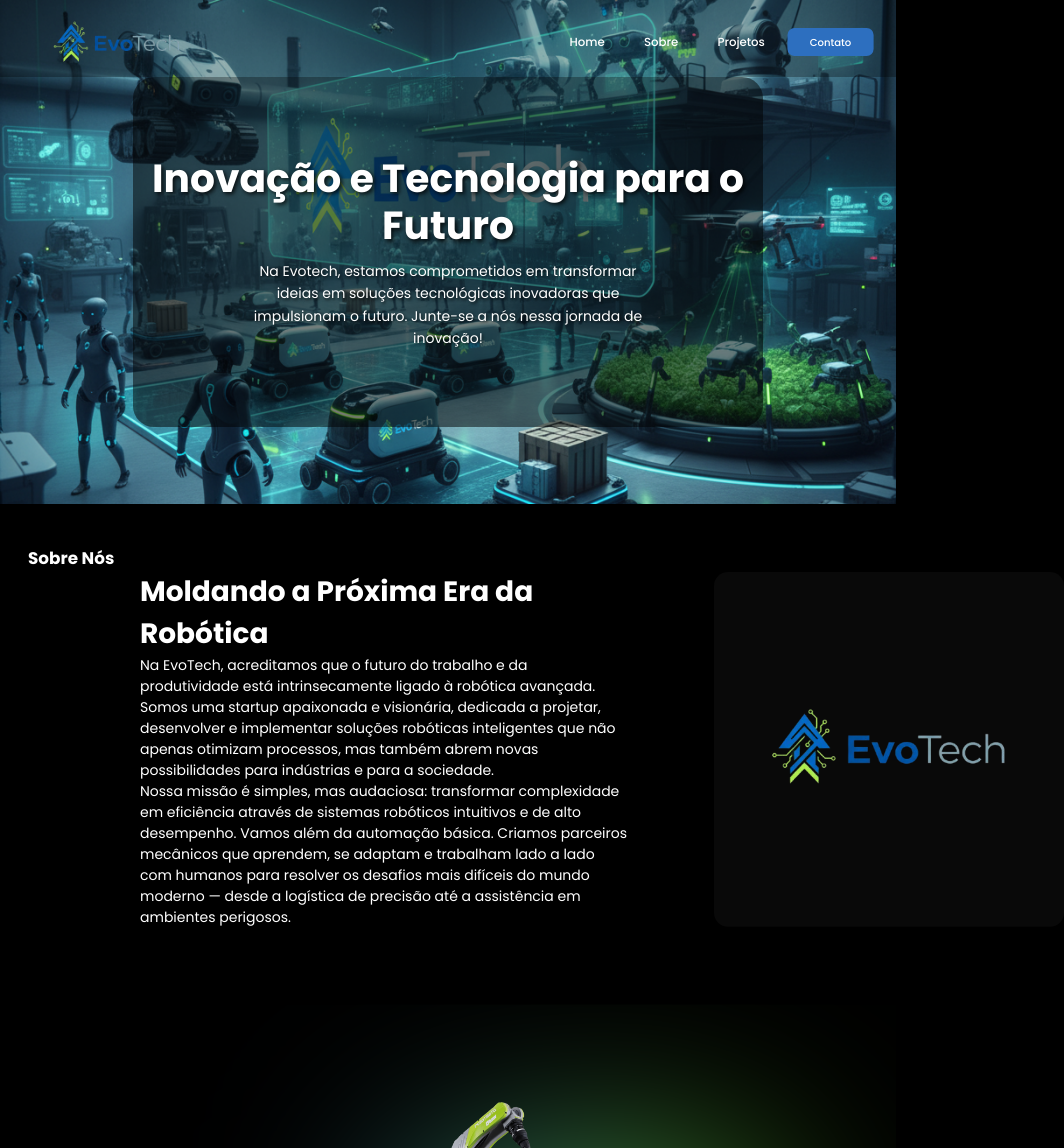
Repository: IsaacDEV10/EvoTech
Page: /
The author's editor kept a copy of each file at every save. The page is drawn from the files as they stood at one save, then again after a run of saves.
The browser window is 1280 px wide. The page is 1520 px wide, so the pictures cover 1520 px, including what lies to the right of the window. The pictures show the part of the page from y = 0 to 1640 px (the page is 2518 px tall), at 70% of full size.
The project was rebuilt for these pictures with package versions that can differ from the ones it lists, and the page was loaded fresh each time. Also part of the build but not shown: vite.config.js, src/App.css.

Above is the page before, as saved 2025-10-28 09:45:59.

### index.html
<!doctype html>
<html lang="en">
  <head>
    <meta charset="UTF-8" />
    <link rel="icon" type="image/svg+xml" href="/vite.svg" />
    <meta name="viewport" content="width=device-width, initial-scale=1.0" />
    <title>startup</title>
  </head>
  <body>
    <div id="root"></div>
    <script type="module" src="/src/main.jsx"></script>
  </body>
</html>

### src/index.css
@import url('https://fonts.googleapis.com/css2?family=Poppins:ital,wght@0,100;0,200;0,300;0,400;0,500;0,600;0,700;0,800;0,900;1,100;1,200;1,300;1,400;1,500;1,600;1,700;1,800;1,900&display=swap');

* {
  font-family: "poppins", sans-serif;
  margin: 0;
  box-sizing: border-box;
}

body {
  background: black ;

}

### src/App.jsx
import React from 'react';
import './App.css';
import Header from './components/Header/header';
import Hero from './components/Hero/hero';
import About from './components/About/about';
import Missao from './components/Missao/missao';
import Carousel from './components/Carousel/carousel';
import Footer from './components/Footer/footer';




const App = () => {
  return (
    <>
      <Header />
      <Hero />
      <About/>
      <Missao />
      <Carousel />
      <Footer />
    </>
  );
}

export default App;

### src/components/Header/header.jsx
import React from 'react'
import './header.css'
import logo from '../../assets/evotech.png'
import Contact from '../Contact/contact'


const Header = () => {
  return (
    <nav className='nav-wrapper'>
        <div className='nav-content'>
            <img className='logo' src={logo} alt="" />
            <ul>
                <li>
                    <a className='menu-item' href="">Home</a>
                </li>

                <li>
                    <a className='menu-item' href="">Sobre</a>
                </li>

                <li>
                    <a className='menu-item' href="">Projetos</a>
                </li>
                <Contact/>
            </ul>
        </div>
    </nav>
  )
}

export default Header

### src/components/Hero/hero.jsx
import React from "react";
import "./hero.css";
import heroImage from "../../assets/bg-evotech.png";

const Hero = () => {
  return (
    <section className="hero-container" id="home">
        <div className="hero-content">
            <img className="img-bg" src={heroImage} alt="hero" />
        </div>
        <div className="description">
            <h1>
                Inovação e Tecnologia para o Futuro
            </h1>
            <p>
                Na Evotech, estamos comprometidos em transformar ideias em soluções tecnológicas inovadoras que impulsionam o futuro. Junte-se a nós nessa jornada de inovação!
            </p>
        </div>
    </section>
  );
};

export default Hero;

### src/components/About/about.jsx
import React from "react";
import "./about.css";
import Logo from "../../assets/evotech.png"

const About = () => {
    return (
        <section className="about-container" id="home">
            <h1>Sobre Nós</h1>
            <div className="about-content">
                <div className="about-text-content">
                    <h1>Moldando a Próxima Era da Robótica</h1>
                    <p>Na EvoTech, acreditamos que o futuro do trabalho e da produtividade está intrinsecamente ligado à robótica avançada. Somos uma startup apaixonada e visionária, dedicada a projetar, desenvolver e implementar soluções robóticas inteligentes que não apenas otimizam processos, mas também abrem novas possibilidades para indústrias e para a sociedade. <br /> Nossa missão é simples, mas audaciosa: transformar complexidade em eficiência através de sistemas robóticos intuitivos e de alto desempenho.

Vamos além da automação básica. Criamos parceiros mecânicos que aprendem, se adaptam e trabalham lado a lado com humanos para resolver os desafios mais difíceis do mundo moderno — desde a logística de precisão até a assistência em ambientes perigosos.</p>
                </div>
                <div className="about-image">
                    <img src={Logo} alt="Logo da EvoTech" />
                </div>
            </div>
        </section>
    );
};

export default About;

### src/components/Missao/missao.jsx
import React from "react";
import Carousel from "../Carousel/carousel";



const Missao = () => {
    return (
        <section>
        </section>
    );
};

export default Missao;

### src/components/Carousel/carousel.jsx
import React, { useState, useRef, useEffect } from 'react';
import './carousel.css';
import Robo1 from '../../assets/robo-1.png';
import Robo2 from '../../assets/robo-2.png';
import Robo3 from '../../assets/robo-3.png';
import Robo4 from '../../assets/robo-4.png';
import Robo5 from '../../assets/robo-5.png';
import Robo6 from '../../assets/robo-6.png';

const initialItemsData = [
  {
    id: 1,
    imgSrc: Robo1,
    title: 'Robo de Soldagem 1',
    topic: 'Crobotp',
    des: 'Lorem ipsum dolor sit amet consectetur adipisicing elit. Officia, laborum cumque dignissimos quidem atque et eligendi aperiam voluptates beatae maxime.',
    detailTitle: 'Robo Crobotp',
    detailDes: 'Lorem ipsum dolor sit amet, consectetur adipisicing elit. Dolor, reiciendis suscipit nobis nulla animi, modi explicabo quod corrupti impedit illo, accusantium in eaque nam quia adipisci aut distinctio porro eligendi. Reprehenderit nostrum consequuntur ea! Accusamus architecto dolores modi ducimus facilis quas voluptatibus! Tempora ratione accusantium magnam nulla tenetur autem beatae.',
  },
  {
    id: 2,
    imgSrc: Robo2,
    title: 'Robo de Soldagem 2',
    topic: 'B5 00R',
    des: 'Lorem ipsum dolor sit amet consectetur adipisicing elit. Officia, laborum cumque dignissimos quidem atque et eligendi aperiam voluptates beatae maxime.',
    detailTitle: 'Robo B5 00R',
    detailDes: 'Lorem ipsum dolor sit amet, consectetur adipisicing elit. Dolor, reiciendis suscipit nobis nulla animi, modi explicabo quod corrupti impedit illo, accusantium in eaque nam quia adipisci aut distinctio porro eligendi. Reprehenderit nostrum consequuntur ea! Accusamus architecto dolores modi ducimus facilis quas voluptatibus! Tempora ratione accusantium magnam nulla tenetur autem beatae.',
  },
  { id: 3, imgSrc: Robo3, title: 'Robo de Soldagem 3', topic: 'GSK BRASIL' },
  { id: 4, imgSrc: Robo4, title: 'Robo de Soldagem 4', topic: 'VIBAZ' },
  { id: 5, imgSrc: Robo5, title: 'Robo de Soldagem 5', topic: 'Sumig' },
  { id: 6, imgSrc: Robo6, title: 'Robo de Soldagem 6', topic: 'Texai' },
];

function Carousel() {
  const [items, setItems] = useState(initialItemsData);
  const [carouselClass, setCarouselClass] = useState('');
  const [isClickDisabled, setIsClickDisabled] = useState(false);
  const timeoutRef = useRef(null);

  useEffect(() => {
    return () => {
      if (timeoutRef.current) {
        clearTimeout(timeoutRef.current);
      }
    };
  }, []);

  const showSlider = (type) => {
    if (isClickDisabled) return;
    setIsClickDisabled(true);
    setCarouselClass(type);

    if (type === 'next') {
      setItems((prevItems) => {
        const [first, ...rest] = prevItems;
        return [...rest, first];
      });
    } else {
      setItems((prevItems) => {
        const last = prevItems[prevItems.length - 1];
        const rest = prevItems.slice(0, -1);
        return [last, ...rest];
      });
    }

    if (timeoutRef.current) {
      clearTimeout(timeoutRef.current);
    }

    timeoutRef.current = setTimeout(() => {
      setIsClickDisabled(false);
    }, 2000);
  };

  const handleSeeMore = () => {
    setCarouselClass('showDetail');
  };

  const handleBack = () => {
    setCarouselClass('');
  };

  return (
    <>
      <div className={`carousel ${carouselClass}`}>
        <div className="list">
          {items.map((item) => (
            <div className="item" key={item.id}>

              <img src={item.imgSrc} alt="" />
              <div className="introduce">
                <div className="title">{item.title || 'DESIGN SLIDER'}</div>
                <div className="topic">{item.topic || 'Aerphone'}</div>
                <div className="des">
                  {item.des || 'Lorem ipsum dolor sit amet...'}
                </div>
                <button className="seeMore" onClick={handleSeeMore}>
                  Veja Mais &#8599;
                </button>
              </div>
              <div className="detail">
                <div className="title">{item.detailTitle || 'Aerphone GHTK'}</div>
                <div className="des">
                  {item.detailDes || 'Lorem ipsum dolor sit amet...'}
                </div>
                <div className="specifications">
                  <div><p>Used Time</p><p>6 hours</p></div>
                  <div><p>Charging port</p><p>Type-C</p></div>
                  <div><p>Compatible</p><p>Android</p></div>
                  <div><p>Bluetooth</p><p>5.3</p></div>
                  <div><p>Controlled</p><p>Touch</p></div>
                </div>
                <div className="checkout">
                  <button>ADD TO CART</button>
                  <button>CHECKOUT</button>
                </div>
              </div>
            </div>
          ))}
        </div>
        <div className="arrows">
          <button id="prev" onClick={() => showSlider('prev')} disabled={isClickDisabled}>
            &lt;
          </button>
          <button id="next" onClick={() => showSlider('next')} disabled={isClickDisabled}>
            &gt;
          </button>
          <button id="back" onClick={handleBack}>
            See All&nbsp; &#8599;
          </button>
        </div>
      </div>
    </>
  );
}

export default Carousel;

### src/components/Footer/footer.jsx
import React from 'react'
import './footer.css'
import Logo from '../../assets/evotech.png';

const Footer = () => {
  return (
    <div className='footer'>
        <p>© 2025 EvoTech</p>
        <img src={Logo} alt="logo" />
    </div>
  )
}

export default Footer

### src/components/Header/header.css
.nav-wrapper {
    width: 100%;
    height: 110px;
    background-color: rgba(0, 0, 0, 0.293);
    padding: 5px;
    position: fixed;
    top: 0;
    z-index: 30;
}

.nav-content {
    max-width: 1850px;
    height: 120px;
    display: flex;
    align-items: center;
    justify-content: space-between;

}

.logo {
    width: 270px;
    height: auto;
}

.nav-content ul {
    display: flex;
    align-items: center;
    gap: 0.5rem;
    list-style: none;
}

.nav-content li {
    margin: 0 1.5rem;
}

.menu-item {
    text-decoration: none;
    font-size: 1.05rem;
    font-weight: 500;
    color: #ffff;
    position: relative;
    cursor: pointer;

}

.menu-item::before {
    content: " ";
    width: 2rem;
    height: 0.2rem;
    background: #2D6FBF;
    border-radius: 10px;
    position: absolute;
    bottom: -0.6rem;
    opacity: 0;
    transform: translateX(-1.5rem);
    transition: all 0.3s ease;
}

.menu-item:hover::before {
    width: 100%;
    transform: translateX(0);
    opacity: 1;
}

.contact-btn {
    font-size: 0.9rem;
    font-weight: 500;
    display: flex;
    align-items: center;
    justify-content: center;
    color: #fff;
    background:#2D6FBF;
    padding: 0.6rem 2rem;
    border: none;
    outline: 1.5px solid transparent;
    border-radius: 10px;
    cursor: pointer;
    transition: all 0.3s ease;
}

.contact-btn a {
    text-decoration: none;
    color: #fff;
}

.contact-btn:hover {
    color: black;
    background: #76F014;
    outline: 1.5px solid black;
}

.menu-btn {
    width: 2.5rem;
    height: 2.5rem;
    font-size: 1.5rem;
    display: flex;
    align-items: center;
    justify-content: center;
    color: #fff;
    border: none;
    border-radius: 0.4rem;
    background: linear-gradient(90deg, #6791fb 0%, #1e25ac 100%);
    line-height: 0;
    cursor: pointer;
    transition: all 0.4s ease;
    display: none;
}

.menu-btn:hover {
    color: #6791fb;
    background: #76F014;
    border: 1px solid transparent;
}

@media (max-width: 425px) {
    .logo {
        width: 100px;
        height: auto;
    }
    .nav-content ul {
        display: none;
        width: 100px;
    }
}

@media (max-width: 769px) {
    .menu-btn {
        display: block;
    }

    .nav-content ul {
        display: none;
        width: 100px;
    }
}

@media (max-width: 1325px) {
    .nav-wrapper {
        padding: 0 2rem;
    }
}

### src/components/Contact/contact.jsx
import React from 'react';
import Popup from 'reactjs-popup';
import './contact.css';
import { FaInstagram } from 'react-icons/fa';
import { MdPhone } from 'react-icons/md';
import { FiMail } from 'react-icons/fi';

const Contact = () => (
  <Popup
    trigger={<button className="contact-btn"> Contato </button>}
    modal
    animation="fade"
    overlayClassName="custom-overlay"
    contentClassName="custom-modal-content"
  >
    {close => (
      <div className="popup-container">
        {}
        <button
          onClick={close}
          className="popup-close-button"
        >
          &times;
        </button>

        {}
        <div className="popup-header">
          <h2>Fale Conosco!</h2>
          <p>Escolha o melhor canal de contato:</p>
        </div>


        {}
        <div className="icon-container">

          {}
          <a href="URL_DO_INSTAGRAM" target="_blank" rel="noopener noreferrer">
            {}
            <FaInstagram size={35} color="#E1306C" />
          </a>

          {}
          <a href="tel:+5511987654321">
            <MdPhone size={35} color="#25D366" />
          </a>

          {}
          <a href="mailto:seu.email@exemplo.com">
            <FiMail size={35} color="#DB4437" />
          </a>

        </div>


      </div>
    )}
  </Popup>
);

export default Contact;

### src/components/Hero/hero.css
.hero-container {
    height: auto;
    min-height: 100vh;
    width: 100%;
    position: relative;
    overflow: hidden;
    display: flex;
    align-items: center;
    justify-content: center;

}

.img-bg {
    width: 100%;
    height: 100%;
    object-fit: cover;
    position: absolute;
    top: 0;
    left: 0;
    z-index: 1;
}

.description {
    position: relative;
    z-index: 2;
    display: flex;
    align-items: center;
    justify-content: center;
    flex-direction: column;
    color: #fff;
    padding: 20px;
    text-align: center;
    max-width: 900px;
    height: 500px;
    margin: 0 auto;
    background-color: #00000081;
    border-radius: 30px;
}

.description h1 {
    font-size: 3.5rem; /* Ajuste para um tamanho grande, mas controlado */
    line-height: 1.2;
    margin-bottom: 15px;
    text-shadow: 3px 3px 6px rgba(0, 0, 0, 0.8);
    font-weight: bold;
}

.description p {
    font-size: 1.25rem; /* Ajuste para um tamanho mais moderado */
    line-height: 1.6;
    max-width: 600px; /* Reduzindo a largura máxima do parágrafo */
    text-shadow: 2px 2px 4px rgba(0, 0, 0, 0.7);
}

/* Media Queries para manter a responsividade em telas menores */
@media (max-width: 992px) {
    .description h1 {
        font-size: 3rem;
    }
    .description p {
        font-size: 1.15rem;
    }
}

@media (max-width: 768px) {
    .hero-container {
        min-height: 80vh;
    }
    .description h1 {
        font-size: 2.5rem; /* Tamanho bom para tablets e celulares grandes */
        margin-bottom: 10px;
    }
    .description p {
        font-size: 1rem;
        max-width: 90%;
    }
}

@media (max-width: 480px) {
    .description h1 {
        font-size: 2rem; /* Tamanho para celulares pequenos */
    }
    .description p {
        font-size: 0.95rem;
    }
}

### src/components/About/about.css
.about-container {
    padding: 60px 40px;
    margin-bottom: 100px;
}
.about-container h1 {
    color: #fff;
    display: flex;
    fl
}

.about-content {
    display: flex;
    flex-direction: row;
    align-items: center;
    gap: 120px;
    max-width: 1500px;
    margin: 0 160px;
}

.about-text-content {
    flex: 1;
    color: #fff;
    min-width: 700px;
    font-family: 'Poppins', sans-serif;
}
.about-text-content h1 {
    font-size: 40px;
}

.about-text-content p {
    font-size: 20px
}

.about-image {
    flex: 1;
    width: 800px;
    text-align: center;
    background-color: #ffffff09;
    border-radius: 20px;
}

@media (max-width: 768px) {
    .about-content {
        flex-direction: column;
        text-align: center;
    }

    .about-text-content {
        order: 2;
    }

    .about-image {
        order: 1;
        width: 80%;
        margin-bottom: 20px;
    }
}

### src/components/Footer/footer.css
.footer {
    font-size: 15px;
    text-align: center;
    background: black;
    padding: 2px;
    margin-top: 100px;
    color: #fff;
}

.footer img {
    width: 150px;
}

### src/components/Contact/contact.css
.custom-overlay {
  background-color: #282C34;
  transition: opacity 0.3s ease-in-out;
}

.contact-btn {
    font-size: 0.9rem;
    font-weight: 500;
    display: flex;
    align-items: center;
    justify-content: center;
    color: #fff;
    background:#2D6FBF;
    padding: 0.6rem 2rem;
    border: none;
    outline: 1.5px solid transparent;
    border-radius: 10px;
    cursor: pointer;
    transition: all 0.3s ease;
}

.contact-btn a {
    text-decoration: none;
    color: #fff;
}

.contact-btn:hover {
    color: black;
    background: #76F014;
    outline: 1.5px solid black;
}

.custom-modal-content {
    opacity: 0;
    animation: fadeIn 0.3s ease-in-out;
  z-index: 1000;
}

.popup-container{
  background-color: #282C34;
  padding: 50px !important;
  border-radius: 15px !important;
  border: none !important;
  box-shadow: 0 4px 12px rgba(0, 0, 0, 0.2) !important;
  animation: fadeIn 0.3s ease-in-out;
  z-index: 1000;
  width: 400px;
}

.popup-header {
  text-align: center;
  margin-bottom: 20px;
  color: #76F014;
}

.icon-container {
  display: flex;
  justify-content: space-around;
  margin-top: 30px;
  margin-bottom: 30px;
  padding: 20px;
}

.popup-close-button {
  position: absolute;
  top: 10px;
  right: 10px;
  border: none;
  background: none;
  font-size: 1.5rem;
  cursor: pointer;
  color: #ffffff;
}

.popup-footer-button {
  margin-top: 20px;
  padding: 10px 20px;
  cursor: pointer;
  border: 1px solid #ccc;
  border-radius: 4px;
  background-color: #f0f0f0;
  color: #333;
  width: 100%;
}

.custom-modal-content.popup-content-enter-active {
    opacity: 1 !important;
    transform: scale(1) !important;
}

.custom-overlay.popup-overlay-enter-active {
    opacity: 1 !important;
}

.custom-modal-content.popup-content-exit {
    opacity: 0 !important;
    transform: scale(0.95) !important;
}

.custom-overlay.popup-overlay-exit {
    opacity: 0 !important;
}

Loaded but not shown: src/main.jsx (common file); src/components/Carousel/carousel.css (446 lines, source omitted)

After the next 4 saves:
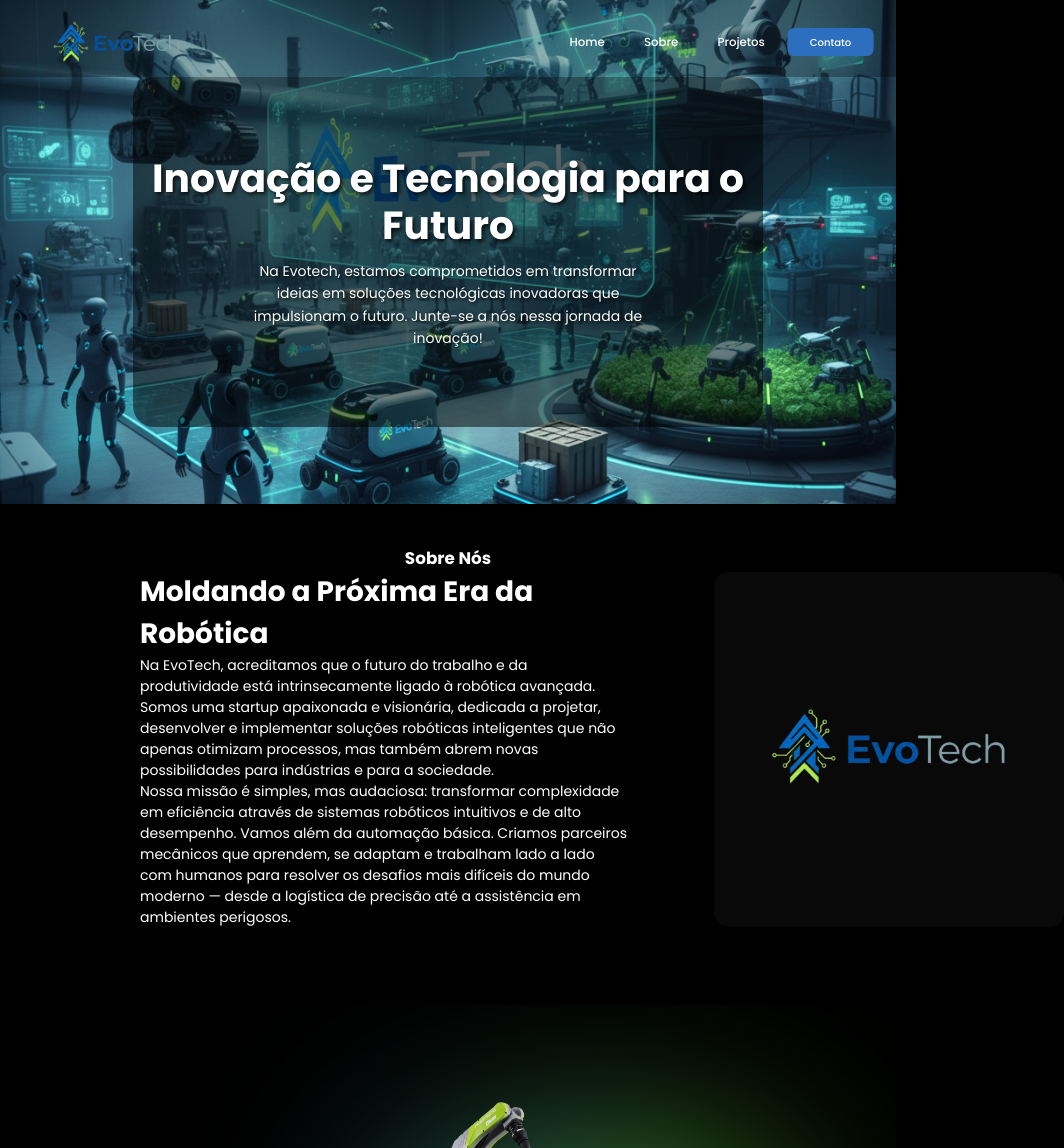
The 4 saves are shown as one change because they came seconds apart.
The last was saved 10 s later.
--- a/src/components/About/about.css
+++ b/src/components/About/about.css
@@ -5,7 +5,7 @@
 .about-container h1 {
     color: #fff;
     display: flex;
-    fl
+    justify-content: center;
 }
 
 .about-content {
